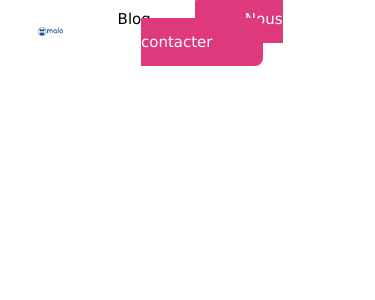
Repository: carbone-dev/keli-malo
Page: blog.html
An editor plug-in stored every save of this project. The page is shown before and after the next save, followed by the edit.
The browser window is 375 px wide. The pictures show the whole page.

Above is the page before, as saved 2020-12-09 10:54:22.

After the next save:
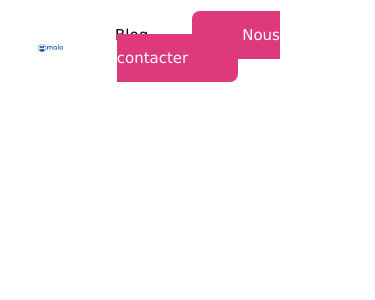
Saved 2 min 9 s later.
--- a/css/style.css
+++ b/css/style.css
@@ -629,7 +629,7 @@
 /*-------MEDIA ------*/
 
 @media only screen and (min-width: 107px) and (max-width: 480px) {
-  /* .col-10,
+  .col-10,
   .col-9,
   .col-8,
   .col-7,
@@ -648,7 +648,7 @@
     text-align: center !important;
     align-items: center !important;
     justify-content: center !important;
-  } */
+  }
   .col-reverse {
     display: flex;
     flex-wrap: wrap;

After the save that followed:
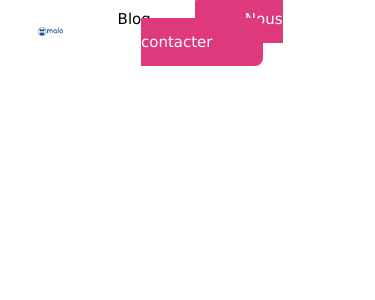
Saved 86 s later.
--- a/css/style.css
+++ b/css/style.css
@@ -629,7 +629,7 @@
 /*-------MEDIA ------*/
 
 @media only screen and (min-width: 107px) and (max-width: 480px) {
-  .col-10,
+  /* .col-10,
   .col-9,
   .col-8,
   .col-7,
@@ -648,7 +648,7 @@
     text-align: center !important;
     align-items: center !important;
     justify-content: center !important;
-  }
+  } */
   .col-reverse {
     display: flex;
     flex-wrap: wrap;
